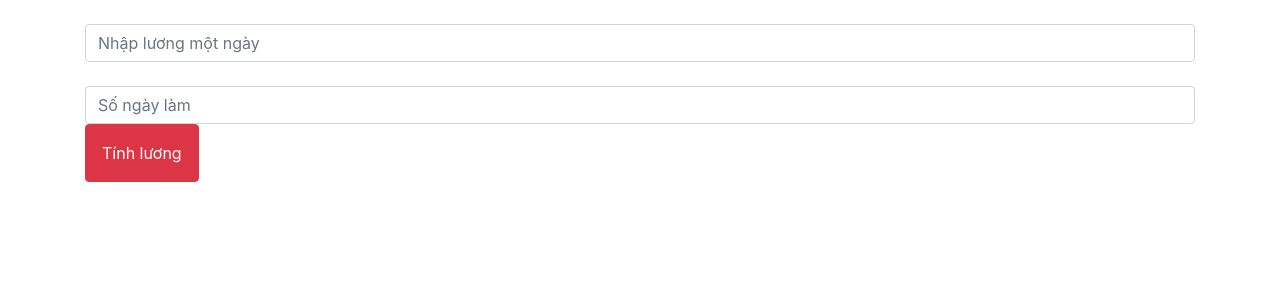
Repository: thanhfrankie/BC10-LeMinhThanh-Js-b2-3
Page: index.html
The author's editor kept a copy of each file at every save. The page is drawn from the files as they stood at one save, then again after the next save.
The browser window is 1280 px wide. The pictures show the whole page.

Above is the page before, as saved 2023-12-15 15:20:06.

### index.html
<!DOCTYPE html>
<html lang="en">
  <head>
    <title>Title</title>
    <!-- Required meta tags -->
    <meta charset="utf-8" />
    <meta
      name="viewport"
      content="width=device-width, initial-scale=1, shrink-to-fit=no"
    />

    <!-- Bootstrap CSS -->
    <link
      rel="stylesheet"
      href="https://stackpath.bootstrapcdn.com/bootstrap/4.3.1/css/bootstrap.min.css"
      integrity="sha384-ggOyR0iXCbMQv3Xipma34MD+dH/1fQ784/j6cY/iJTQUOhcWr7x9JvoRxT2MZw1T"
      crossorigin="anonymous"
    />
  </head>
  <body>
    <!-- Bài tập 1 -->
    <div class="container">
      <div class="form-group">
        <label for="luong-mot-ngay"></label>
        <input
          type="number"
          class="form-control"
          name=""
          id="luong-mot-ngay"
          aria-describedby="helpId"
          placeholder="Nhập lương một ngày"
          required
        />
        <label for="so-ngay-lam"></label>
        <input
          type="number"
          class="form-control"
          name=""
          id="so-ngay-lam"
          aria-describedby="helpId"
          placeholder="Số ngày làm"
          required
        />
        <button type="button" onclick="tinhLuong()" class="btn btn-danger p-3">
          Tính lương
        </button>
      </div>
      <h2 id="luong-nhan-duoc"></h2>
    </div>

    <!-- Optional JavaScript -->
    <!-- jQuery first, then Popper.js, then Bootstrap JS -->
    <script
      src="https://code.jquery.com/jquery-3.3.1.slim.min.js"
      integrity="sha384-q8i/X+965DzO0rT7abK41JStQIAqVgRVzpbzo5smXKp4YfRvH+8abtTE1Pi6jizo"
      crossorigin="anonymous"
    ></script>
    <script
      src="https://cdnjs.cloudflare.com/ajax/libs/popper.js/1.14.7/umd/popper.min.js"
      integrity="sha384-UO2eT0CpHqdSJQ6hJty5KVphtPhzWj9WO1clHTMGa3JDZwrnQq4sF86dIHNDz0W1"
      crossorigin="anonymous"
    ></script>
    <script
      src="https://stackpath.bootstrapcdn.com/bootstrap/4.3.1/js/bootstrap.min.js"
      integrity="sha384-JjSmVgyd0p3pXB1rRibZUAYoIIy6OrQ6VrjIEaFf/nJGzIxFDsf4x0xIM+B07jRM"
      crossorigin="anonymous"
    ></script>
    <script src="./index.js"></script>
  </body>
</html>

### index.js
// Bài tập 1
/**
 * B1: tạo biến, lấy giá trị từ input
 * B2: Tính lương
 * + tạo biến để tính lương: lương 1 ngày * số ngày làm
 * + gán sự kiện click cho button
 * B3: hiển thị kết quả
 */
function tinhLuong() {
  // B1:
  var luongMotNgay = document.getElementById("luong-mot-ngay").value;
  var soNgayLam = document.getElementById("so-ngay-lam").value;
  // B2, B3:
  var luongNhanDuoc = document.getElementById("luong-nhan-duoc");
  luongNhanDuoc.innerText = luongMotNgay * soNgayLam;
}

After the next save:
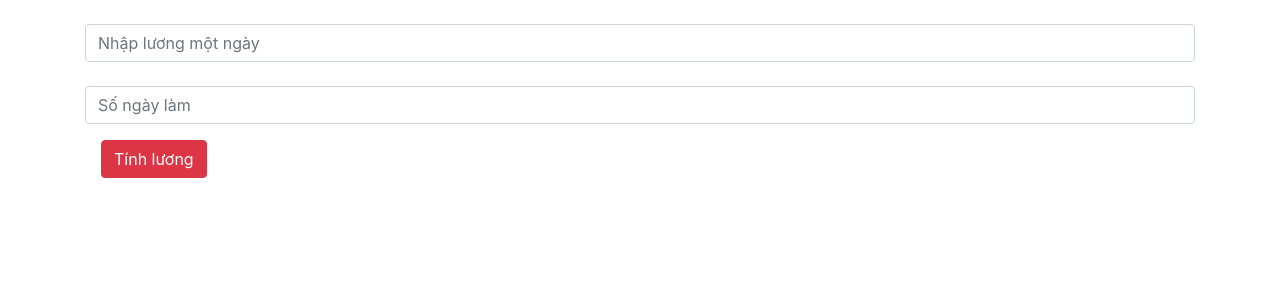
Saved 8 s later.
--- a/index.html
+++ b/index.html
@@ -41,7 +41,7 @@
           placeholder="Số ngày làm"
           required
         />
-        <button type="button" onclick="tinhLuong()" class="btn btn-danger p-3">
+        <button type="button" onclick="tinhLuong()" class="btn btn-danger m-3">
           Tính lương
         </button>
       </div>
